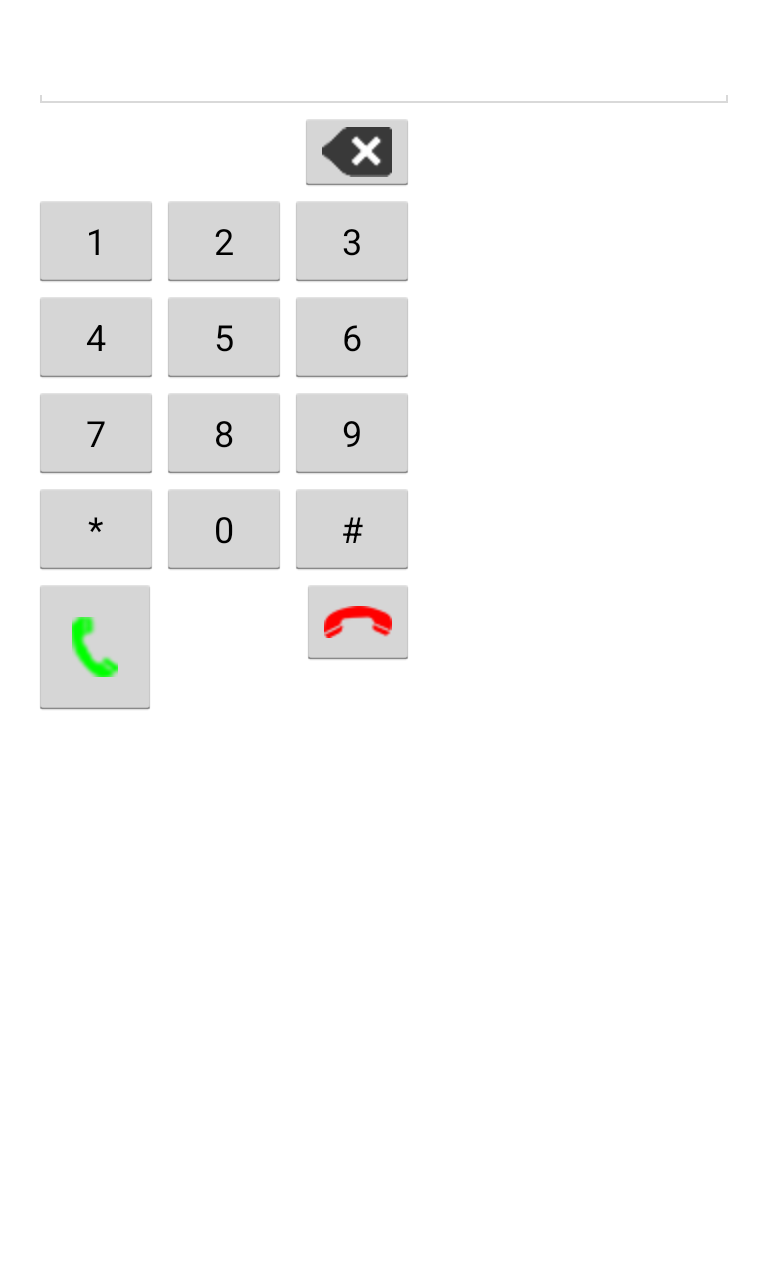
Repository: andreeastoican/Laborator03
Layout: PhoneDialer/res/layout/activity_phone_dialer.xml
The author's editor kept a copy of each file at every save. The layout is drawn from the files as they stood at one save, then again after the next save.
It is drawn on a 768 x 1280 px phone screen (xhdpi) without system bars, with theme AppTheme; the app's code is not run.

Above is the layout before, as saved 2015-03-10 10:32:45.

After the next save:
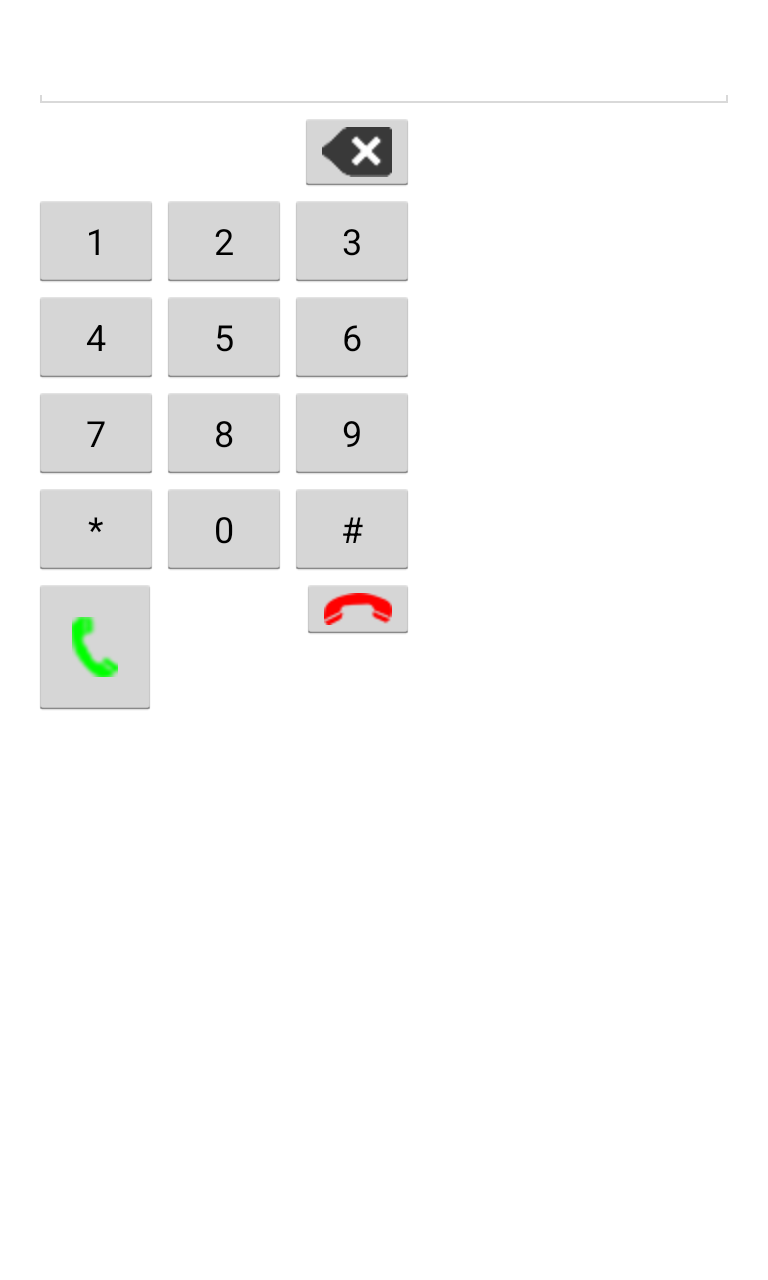
Saved 4 s later.
--- a/PhoneDialer/res/layout/activity_phone_dialer.xml
+++ b/PhoneDialer/res/layout/activity_phone_dialer.xml
@@ -129,7 +129,6 @@
 	        android:src="@drawable/hangup"
 	        android:layout_columnSpan="2"
 	        android:layout_gravity="right"
-	 		android:layout_height="45dp"
 		    />
     </GridLayout>
     "
